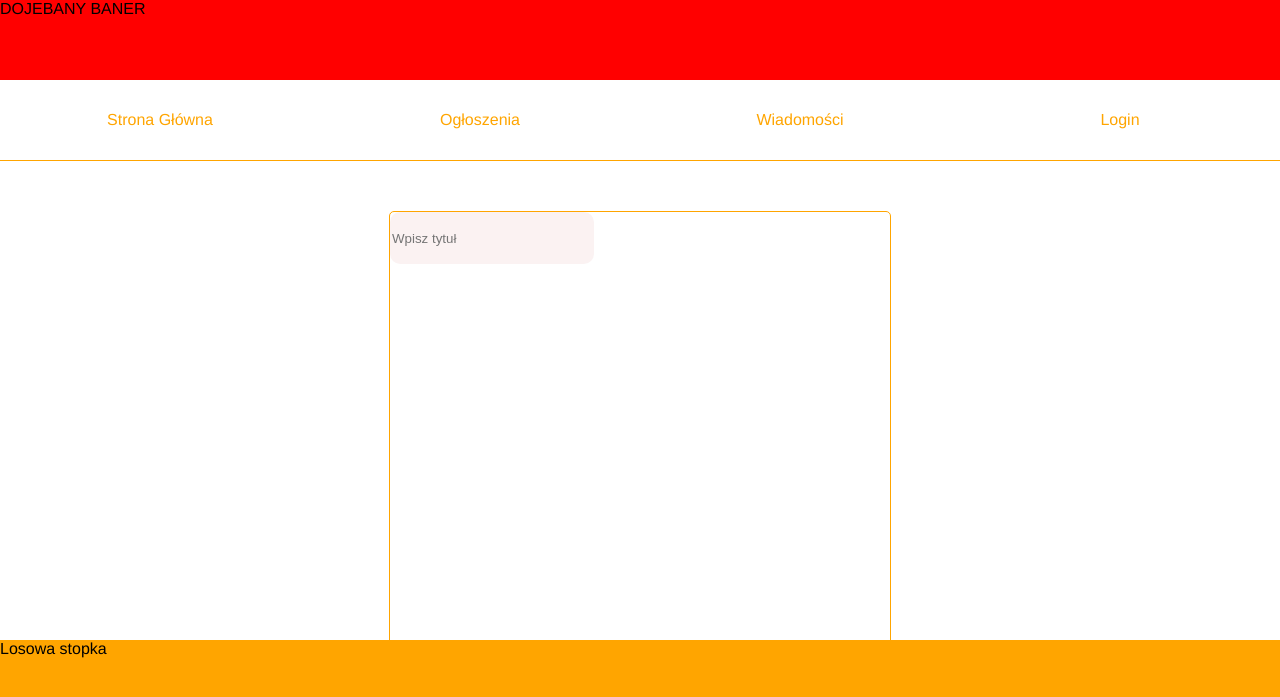
Repository: PatrykStawik/projectppz
Page: /ogloszenia/dodaj-ogloszenie
An editor plug-in stored every save of this project. The page is shown before and after a run of saves, followed by the edit.
The browser window is 1280 px wide. The pictures show the whole page.
The project was rebuilt for these pictures with package versions that can differ from the ones it lists, and the page was loaded fresh each time. The framework's server and built-in components were replaced by stand-ins that run in the browser.

Above is the page before, as saved 2021-05-26 12:30:32.

After the next 4 saves:
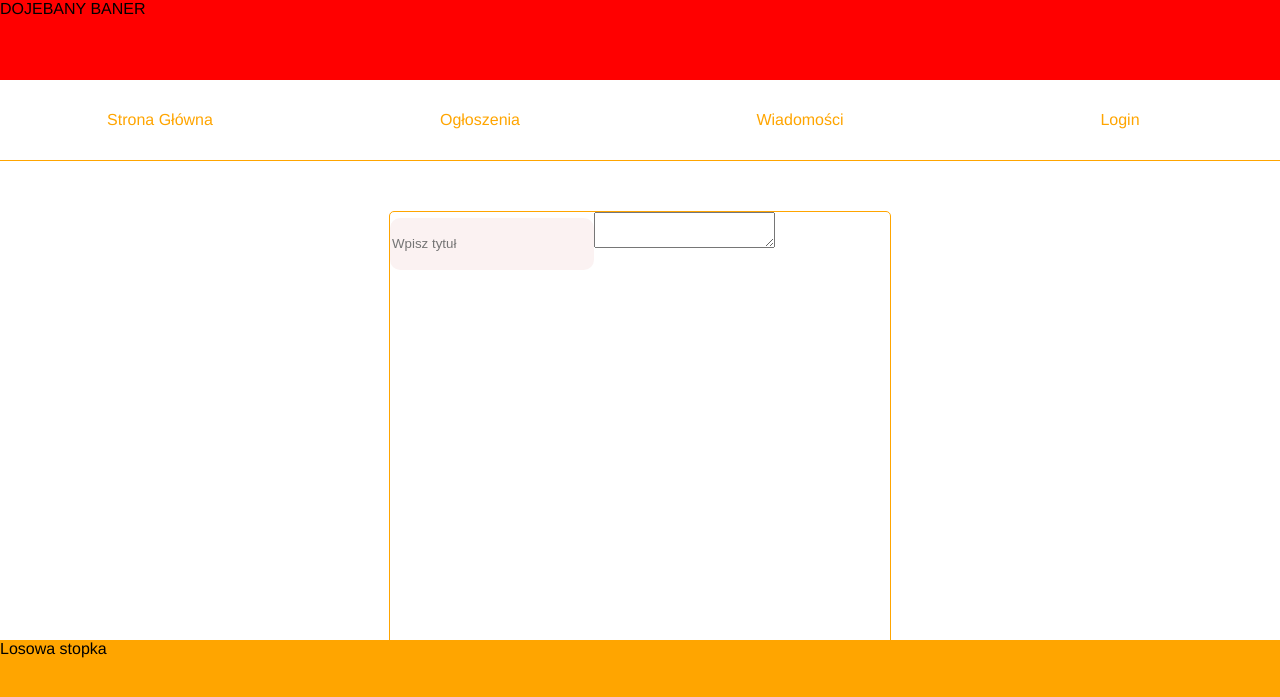
The 4 saves are shown as one change because 1 did not build or start and some came seconds apart.
The last was saved 23 s later.
--- a/components/AddAdvertisementPage/AddAdvertisementPage.tsx
+++ b/components/AddAdvertisementPage/AddAdvertisementPage.tsx
@@ -25,6 +25,7 @@ export const AddAdvertisementPage = () => {
     <Wrapper>
       <div className="container">
         <Input placeholder="Wpisz tytuł" />
+        <textarea/>
       </div>
     </Wrapper>
   );
